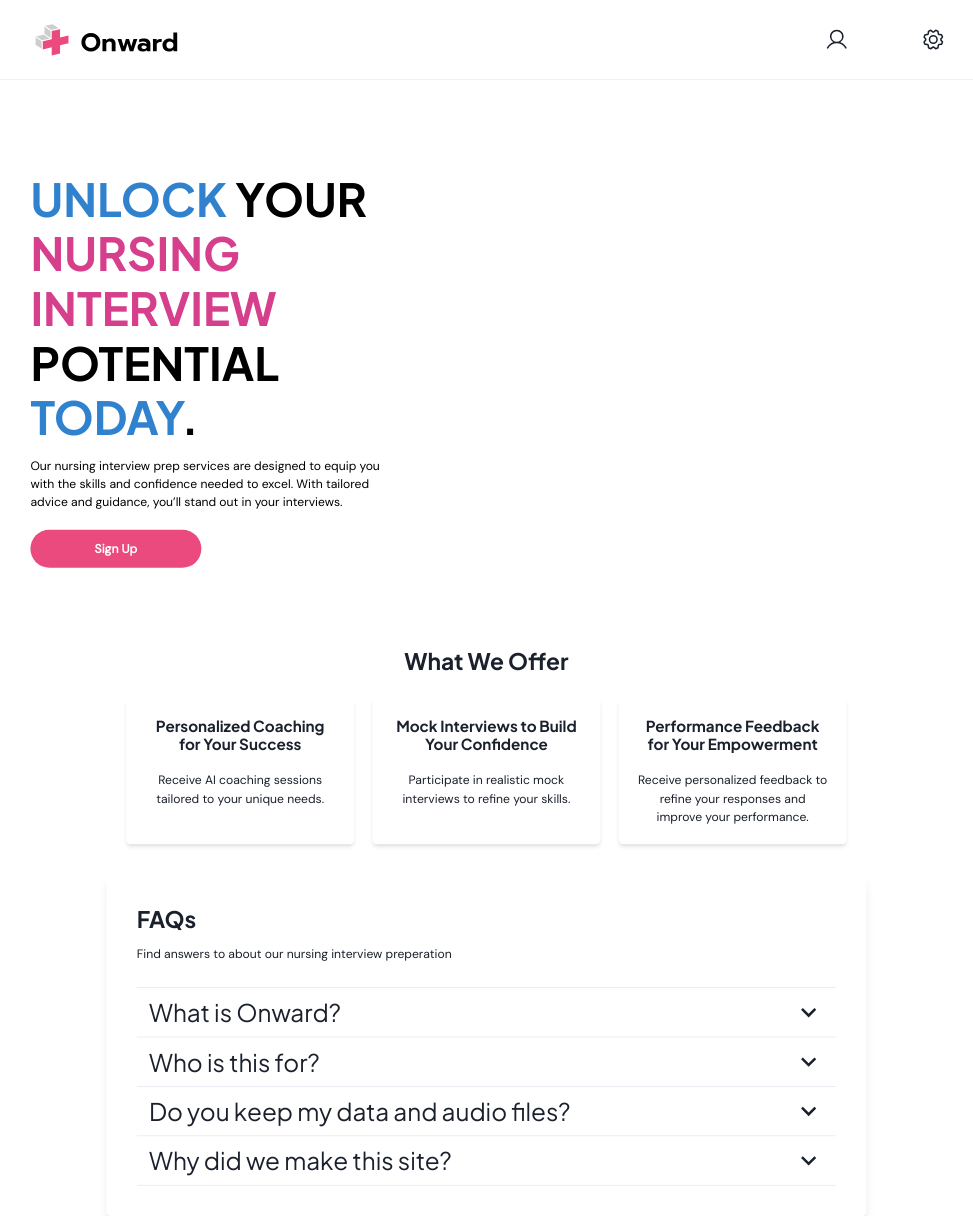
Repository: Aladdin3r/onward
Page: /landing-page
The author's editor kept a copy of each file at every save. The page is drawn from the files as they stood at one save, then again after the next save.
The browser window is 1280 px wide. The pictures show the whole page, at 76% of full size.
The project was rebuilt for these pictures with package versions that can differ from the ones it lists, and the page was loaded fresh each time. The framework's server and built-in components were replaced by stand-ins that run in the browser. Also part of the build but not shown: next.config.mjs, styles/components/AppTopNav.js, styles/components/Layout.js.

Above is the page before, as saved 2024-10-29 01:57:25.

After the next save:
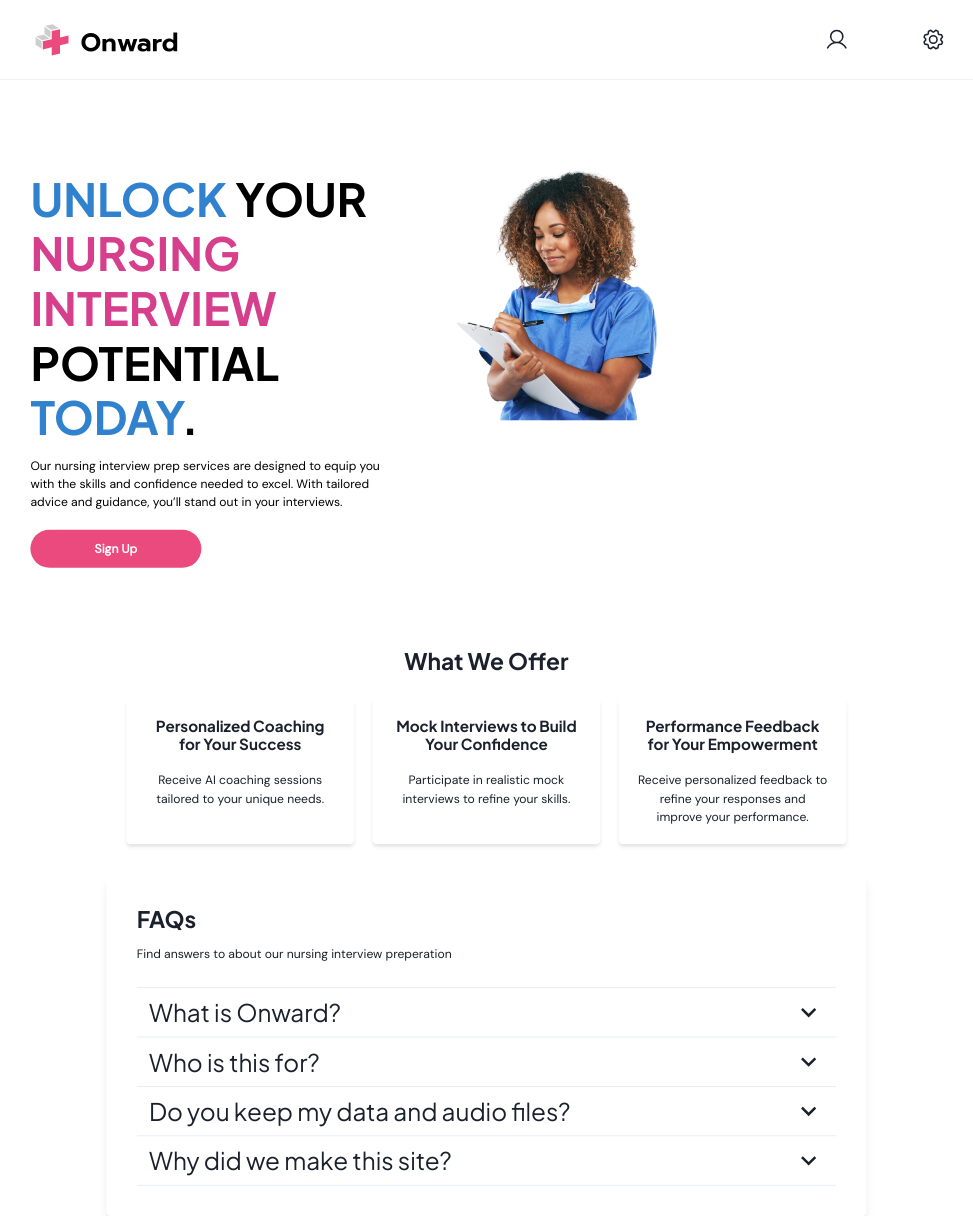
Saved 30 s later.
--- a/pages/landing-page.js
+++ b/pages/landing-page.js
@@ -41,9 +41,13 @@ export default function Home() {
                             <Text as="span" color="black">. </Text>
                         </Heading>
 
-                        <Image>
-
-                        </Image>
+                        <Image
+            src="/images/nurse-img.png"
+            alt="Nurse Image"
+            width="300px"
+            height="328px"
+            objectFit="cover"
+          />
 
                     </Flex>
 
